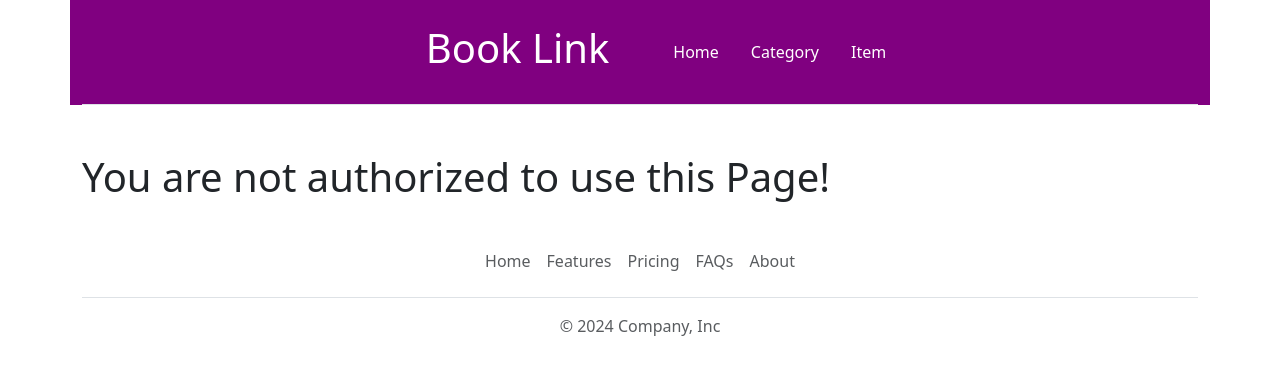
Repository: nyeinsu4520/coursera-test
Page: http://localhost/403
These files come from the project's save history. The page is drawn as it stood at one moment and after the next save; the edit follows.
The browser window is 1280 px wide. The pictures show the whole page.
Some web fonts or font styles are not loaded; a fallback is used. The page is this project's Thymeleaf template; nobody is signed in. The template is opened directly, without the code that normally fills it, so the values that code supplies are empty.

Above is the page before, as saved 2024-05-30 12:50:53.

After the next save:
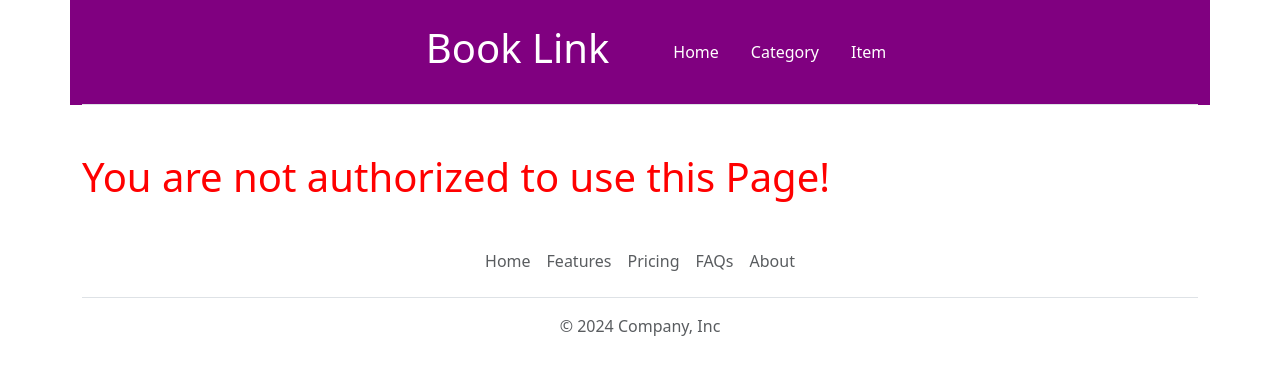
Saved 38 s later.
--- a/BookLink/src/main/resources/templates/403.html
+++ b/BookLink/src/main/resources/templates/403.html
@@ -16,7 +16,7 @@
 
   <main>
   <div class="container mt-5">
-  <h1>You are not authorized to use this Page!</h1>
+  <h1 style="color:red" >You are not authorized to use this Page!</h1>
   </div>
   </main>
 
